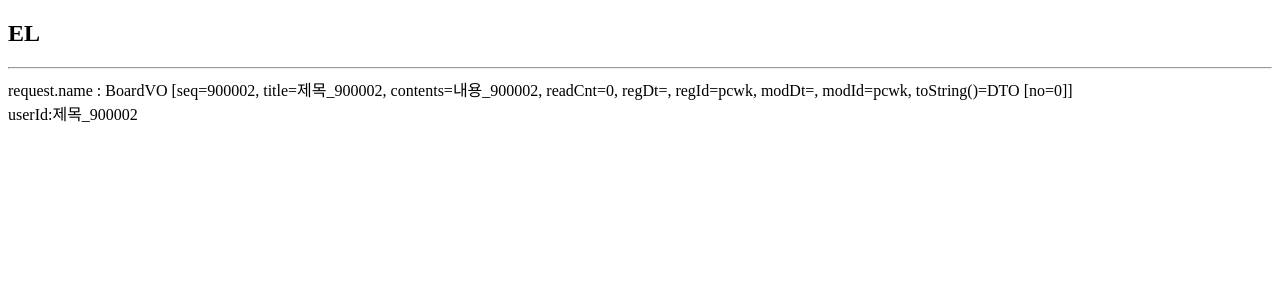
Repository: dongseon-git/WEB_JSP
Page: http://localhost/studyhtml5/jsp/j05/j05_02/useEL.jsp
The author's editor kept a copy of each file at every save. The page is drawn from the files as they stood at one save, then again after the next save.
The browser window is 1280 px wide. The pictures show the whole page.
The page is served by Tomcat 9. Nobody is signed in. The application's start-up code is not run. Other server files are loaded and not shown.

Above is the page before, as saved 2022-05-20 05:19:22.

### workspace/studyhtml5/WebContent/jsp/j05/j05_02/useEL.jsp
<%@page import="com.pcwk.board.BoardVO"%>
<%@ page language="java" contentType="text/html; charset=UTF-8"
    pageEncoding="UTF-8"%>
    <%
    BoardVO board01 = new BoardVO(900002, "제목_900002", "내용_900002", 0, "", "pcwk", "", "pcwk");
    request.setAttribute("board",board01);
    %>
<!DOCTYPE html>
<html>
<head>
<meta charset="UTF-8">
<title>Insert title here</title>
</head>
<body>
<h2>EL</h2>
<hr/>
<%-- 기존<%= %> --%>
request.name : ${board}<br/>
userId:${board.title}

</body>
</html>

### workspace/studyhtml5/src/com/pcwk/cmn/DTO.java
package com.pcwk.cmn;

/**
 * 모든 domain의 Parent
 * @author ITSC
 *
 */
public class DTO {
	private int no;//순번

	public DTO() {}

	public DTO(int no) {
		super();
		this.no = no;
	}

	public int getNo() {
		return no;
	}

	public void setNo(int no) {
		this.no = no;
	}

	@Override
	public String toString() {
		return "DTO [no=" + no + "]";
	}






}

### workspace/studyhtml5/src/com/pcwk/board/BoardVO.java
package com.pcwk.board;

import com.pcwk.cmn.DTO;

public class BoardVO extends DTO {
	private int     seq        ;//순번(PK)
	private String  title      ;//제목
	private String  contents   ;//내용
	private int     readCnt    ;//조회수
	private String  regDt      ;//등록일
	private String  regId      ;//등록자
	private String  modDt      ;//수정일
	private String  modId      ;//수정자

	public BoardVO() {}

	public BoardVO(int seq, String title, String contents, int readCnt, String regDt, String regId, String modDt,
			String modId) {
		super();
		this.seq = seq;
		this.title = title;
		this.contents = contents;
		this.readCnt = readCnt;
		this.regDt = regDt;
		this.regId = regId;
		this.modDt = modDt;
		this.modId = modId;
	}

	public int getSeq() {
		return seq;
	}

	public void setSeq(int seq) {
		this.seq = seq;
	}

	public String getTitle() {
		return title;
	}

	public void setTitle(String title) {
		this.title = title;
	}

	public String getContents() {
		return contents;
	}

	public void setContents(String contents) {
		this.contents = contents;
	}

	public int getReadCnt() {
		return readCnt;
	}

	public void setReadCnt(int readCnt) {
		this.readCnt = readCnt;
	}

	public String getRegDt() {
		return regDt;
	}

	public void setRegDt(String regDt) {
		this.regDt = regDt;
	}

	public String getRegId() {
		return regId;
	}

	public void setRegId(String regId) {
		this.regId = regId;
	}

	public String getModDt() {
		return modDt;
	}

	public void setModDt(String modDt) {
		this.modDt = modDt;
	}

	public String getModId() {
		return modId;
	}

	public void setModId(String modId) {
		this.modId = modId;
	}

	@Override
	public String toString() {
		return "BoardVO [seq=" + seq + ", title=" + title + ", contents=" + contents + ", readCnt=" + readCnt
				+ ", regDt=" + regDt + ", regId=" + regId + ", modDt=" + modDt + ", modId=" + modId + ", toString()="
				+ super.toString() + "]";
	}



}

After the next save:
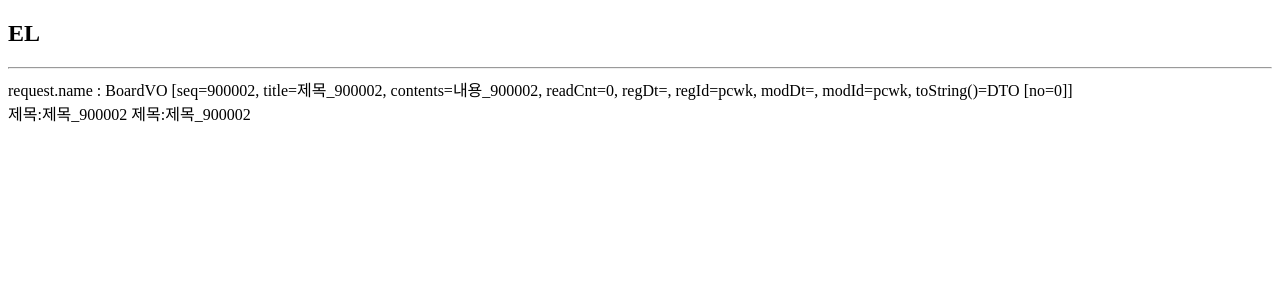
Saved 43 s later.
--- a/workspace/studyhtml5/WebContent/jsp/j05/j05_02/useEL.jsp
+++ b/workspace/studyhtml5/WebContent/jsp/j05/j05_02/useEL.jsp
@@ -16,7 +16,8 @@
 <hr/>
 <%-- 기존<%= %> --%>
 request.name : ${board}<br/>
-userId:${board.title}
+제목:${board.title}
+제목:${board.getTitle()}
 
 </body>
 </html>
